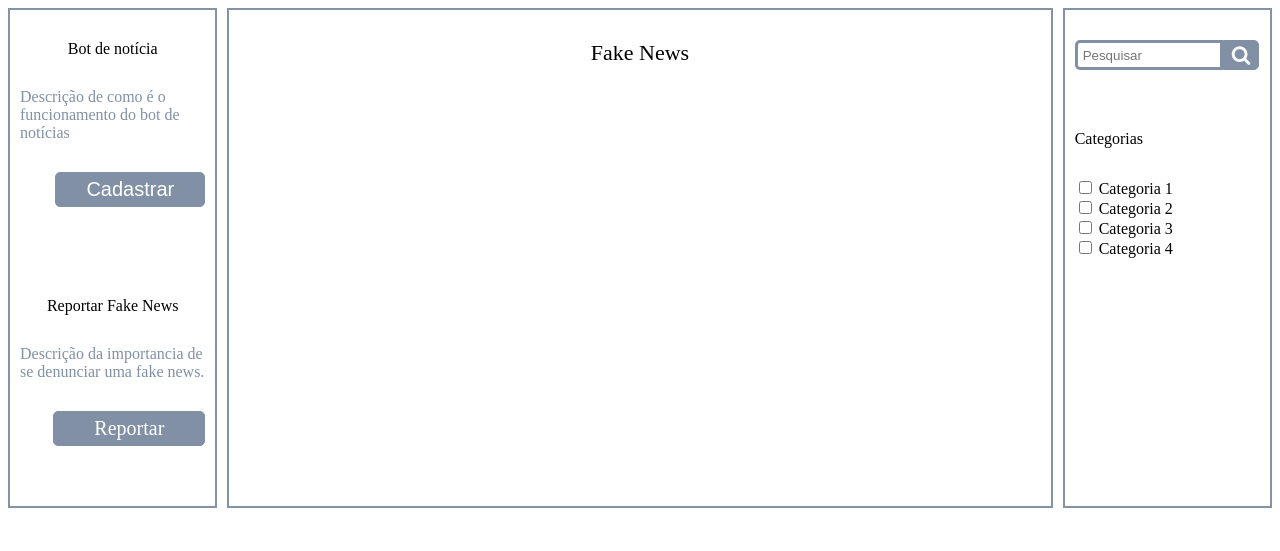
Repository: ICEI-PUC-Minas-PPLES-TI/plf-es-2021-1-ti1-7946100-04-fake-news-2
Page: Codigo/src/reportar/list_fn.html
An editor plug-in stored every save of this project. The page is shown before and after the next save, followed by the edit.
The browser window is 1280 px wide. The pictures show the whole page.
Some web libraries are served in a nearby version.

Above is the page before, as saved 2021-07-03 15:20:48.

After the next save:
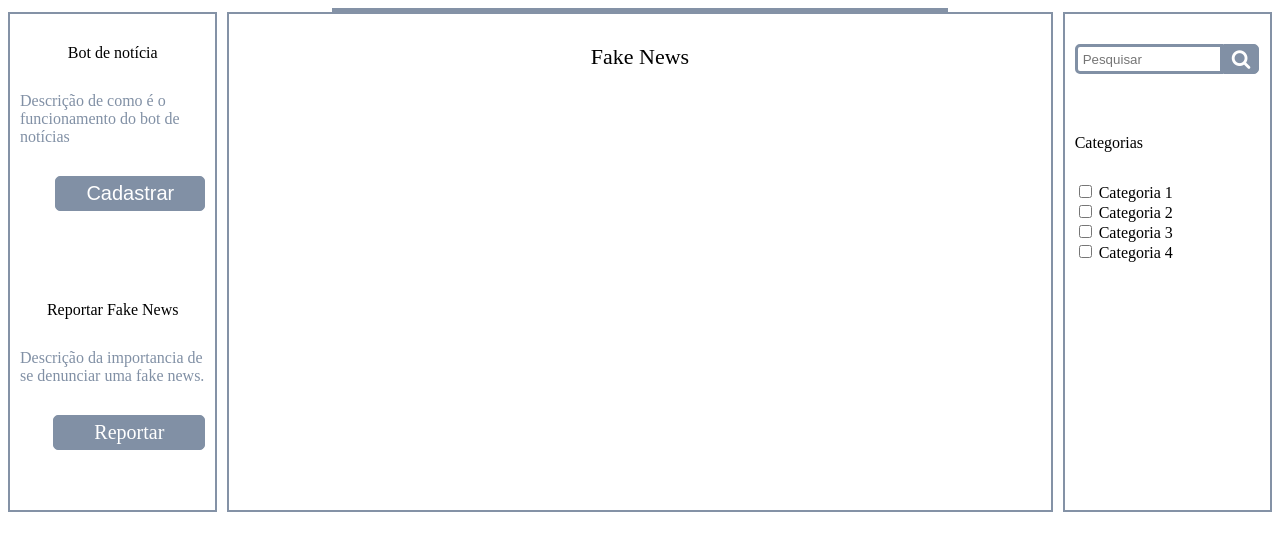
Saved 75 s later.
--- a/Codigo/src/reportar/list_fn.html
+++ b/Codigo/src/reportar/list_fn.html
@@ -5,7 +5,7 @@
     <script src="backend.js"></script>
 </head>
 <body onload="javascript:Listar_fn_usr()">
-
+    <header id="header" class="container"></header>
     <div style="display: flex;">
         <div class="left_div container">
             <div class="inner_left">
